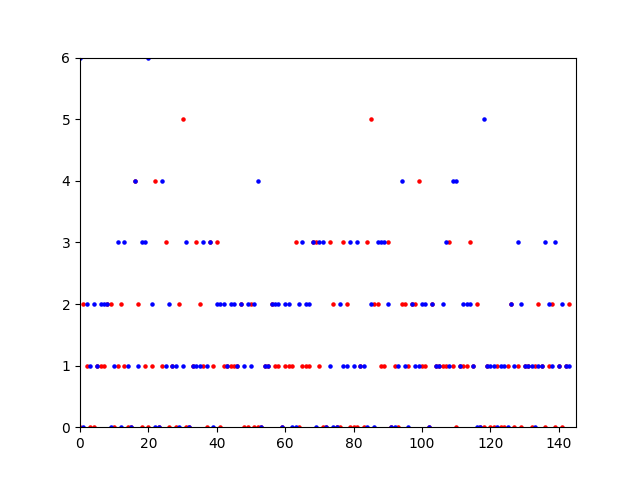
Repository: nelsonalexandrino/python_matplotlib_datavisualization_
Script's output: python LineAndScatterSplots.py
These files come from the project's save history. The script's output is drawn as it stood at one moment and after the next save; the edit follows.
Random numbers start from a fixed seed.

Above is the script's output before, as saved 2019-08-25 10:32:59.

### LineAndScatterSplots.py
import matplotlib.pyplot as pyplot

with open('Goals.txt', 'r') as file:
    HomeTeamGoals = [int(x) for x in file.readline().strip(
        '\n').strip(' ').split(' ')]
    AwayTeamGoals = [int(x) for x in file.readline().strip(
        '\n').strip(' ').split(' ')]

xAxis = []
for i in range(len(HomeTeamGoals)):
    xAxis.append(i)

#pyplot.plot(xAxis, AwayTeamGoals, c='red')
pyplot.scatter(xAxis, AwayTeamGoals, c='red', s=5)
pyplot.scatter(xAxis, HomeTeamGoals, c='blue', s=5)
pyplot.xlim(0, 145)
pyplot.ylim(0, 6)
pyplot.show()

### Goals.txt
6 0 2 1 2 1 2 2 2 0 1 3 0 3 1 0 4 1 3 3 6 2 0 0 4 1 2 1 1 0 1 3 0 1 1 1 3 1 3 0 2 2 2 1 2 2 1 2 1 2 1 2 4 0 1 1 2 2 2 0 2 2 0 0 2 3 2 2 3 0 3 3 0 1 0 0 2 1 1 3 1 3 1 1 0 2 0 3 3 3 2 0 0 1 4 1 0 2 1 1 2 2 0 2 1 1 2 3 1 4 4 1 2 2 2 1 0 0 5 1 1 1 0 1 1 0 2 1 3 2 1 1 1 0 1 1 3 2 1 3 1 2 1 1
0 2 1 0 0 1 1 1 2 2 0 1 2 1 0 0 4 2 0 1 0 1 4 0 1 3 0 1 0 2 5 0 0 1 3 2 1 0 3 1 3 0 1 1 1 1 1 2 0 0 2 0 0 0 1 1 2 1 1 0 1 1 1 3 0 1 1 1 3 3 1 0 0 3 2 0 0 3 2 0 0 0 1 0 3 5 2 2 1 1 3 0 1 0 2 2 1 2 2 4 1 1 0 2 1 1 1 1 3 1 0 1 1 1 3 1 2 0 0 1 0 0 1 0 0 1 2 0 1 0 1 1 0 1 2 1 0 1 2 0 1 0 1 2

After the next save:
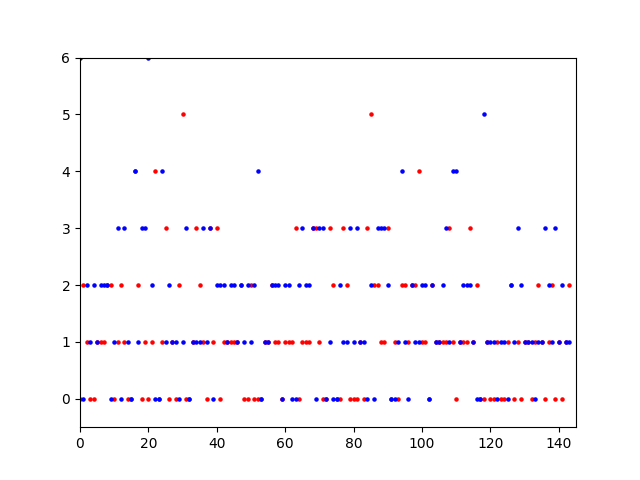
Saved 21 s later.
--- a/LineAndScatterSplots.py
+++ b/LineAndScatterSplots.py
@@ -14,5 +14,5 @@ for i in range(len(HomeTeamGoals)):
 pyplot.scatter(xAxis, AwayTeamGoals, c='red', s=5)
 pyplot.scatter(xAxis, HomeTeamGoals, c='blue', s=5)
 pyplot.xlim(0, 145)
-pyplot.ylim(0, 6)
+pyplot.ylim(-0.5, 6)
 pyplot.show()
